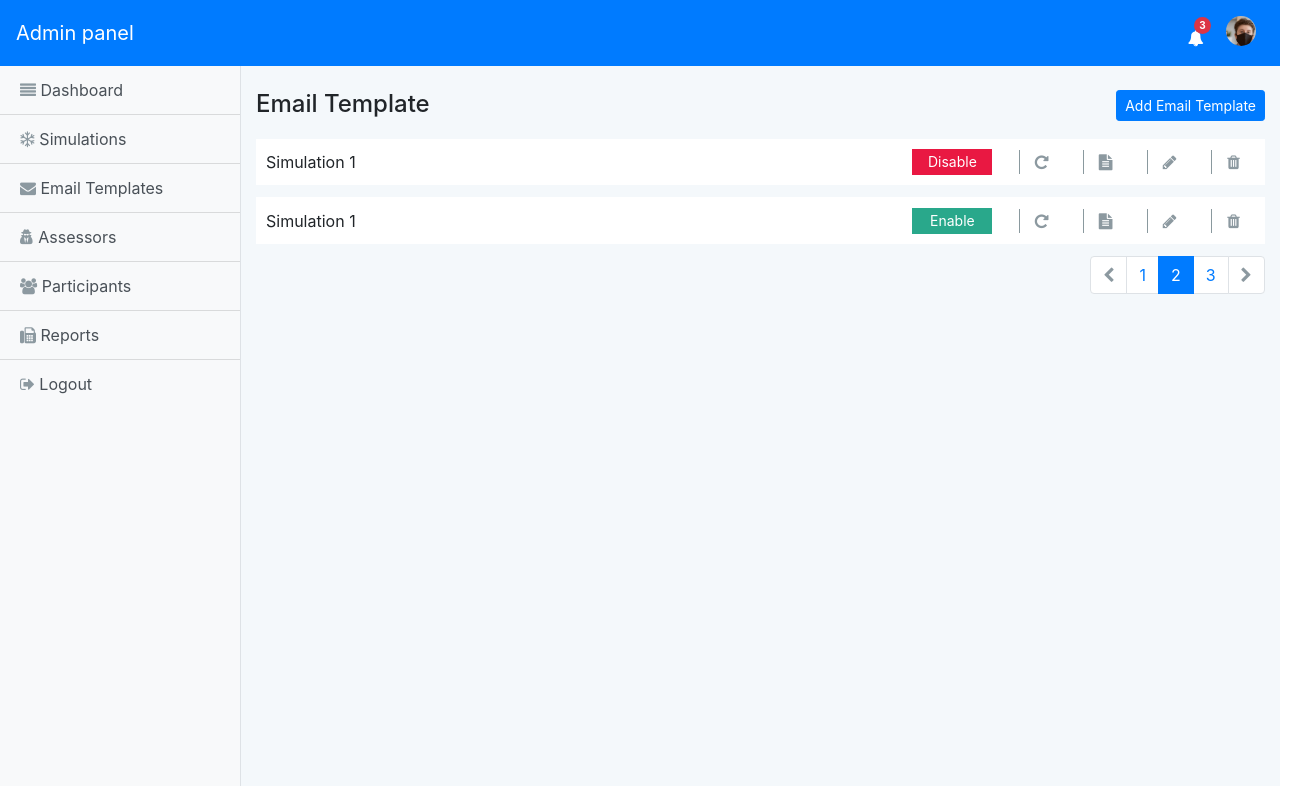
Repository: ejazsidhu/email-simulation-fe
Page: emailTemplate.html
These files come from the project's save history. The page is drawn as it stood at one moment and after the next save; the edit follows.
The browser window is 1280 px wide. The page is 1295 px wide, so the pictures cover 1295 px, including what lies to the right of the window. The pictures show the whole page.

Above is the page before, as saved 2020-08-25 18:34:21.
Console error: ReferenceError: $ is not defined

After the next save:
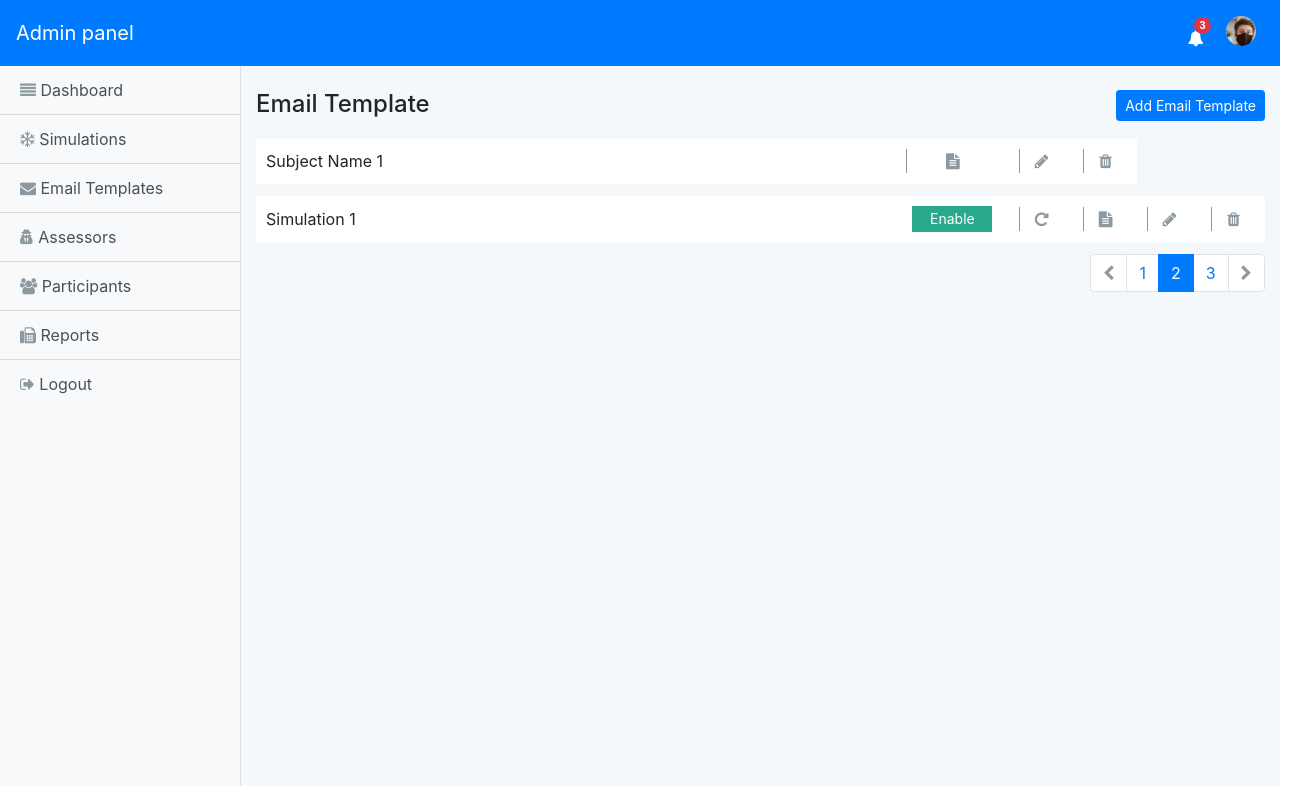
Saved 29 s later.
--- a/emailTemplate.html
+++ b/emailTemplate.html
@@ -194,18 +194,10 @@
               <tbody>
                 <tr>
                   <td scope="row" class="w-50">
-                    Simulation 1
-                  </td>
-
-                  <td class="w-5">
-                    <span><button class="btn btn-sm btn-danger">Disable</button></span>
-                  </td>
-                  <td class="w-5">
-
-                      <span class="b1"><i class="fa fa-repeat"></i></span>
-
-
-                  </td>
+                    Subject Name 1
+                  </td>
+
+
                   <td class="w-5" >
                     <span class="b1" data-toggle="tooltip" data-placement="top" title="view report">
                       <i class="fa fa-file-text"></i>
